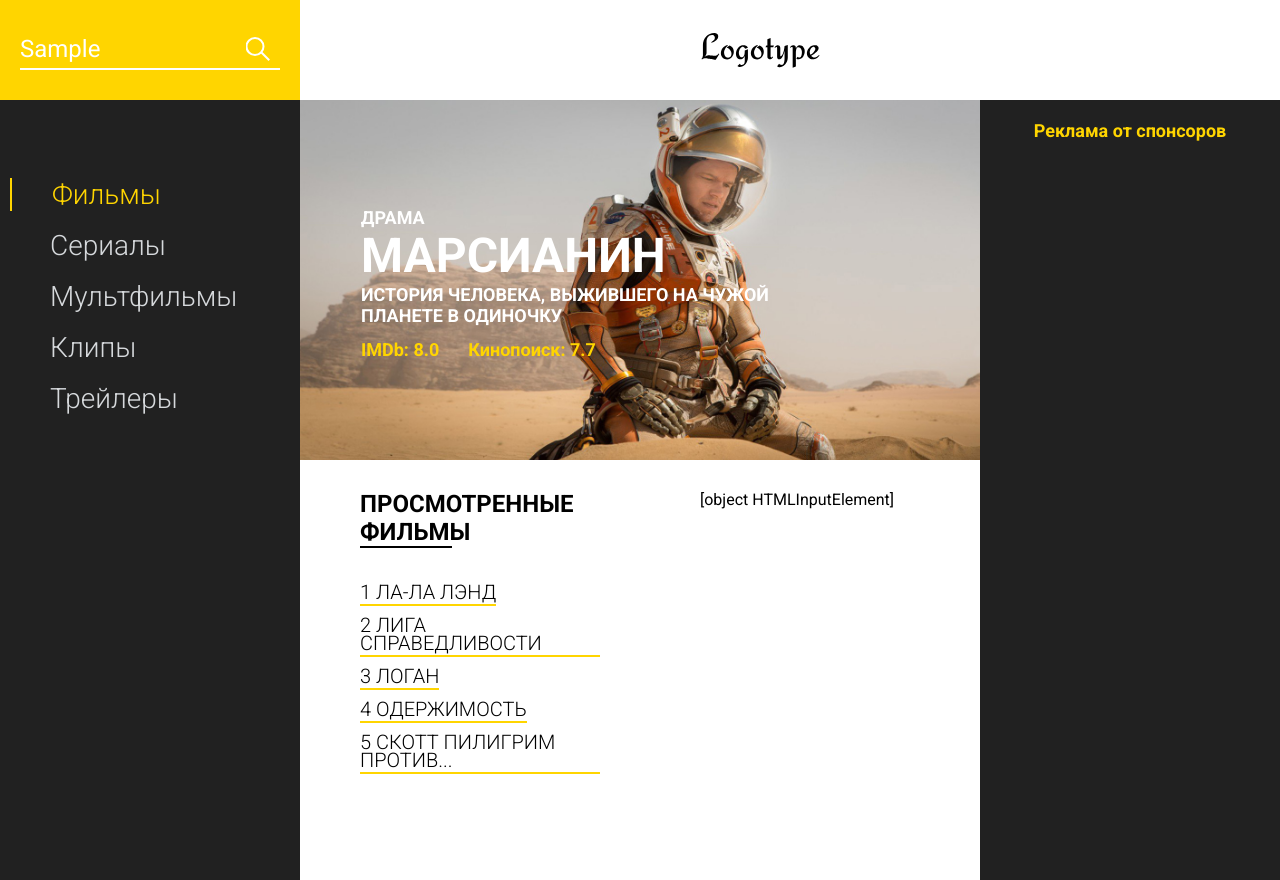
Repository: armus503/practice.-using-events-on-the-project-page
Page: index.html
These files come from the project's save history. The page is drawn as it stood at one moment and after the next save; the edit follows.
The browser window is 1280 px wide. The pictures show the whole page.
Empty fields were first filled with sample values (such as "Sample", 5 or name@example.com).
After loading, the first visible `button` was clicked once.

Above is the page before, as saved 2021-09-05 12:30:30.

### index.html
<!DOCTYPE html>
<html lang="en">

<head>
    <meta charset="UTF-8">
    <meta name="viewport" content="width=device-width, initial-scale=1.0">
    <title>Movie DB</title>
    <link href="https://fonts.googleapis.com/css?family=Roboto:300,400,700&display=swap&subset=cyrillic-ext" rel="stylesheet">
    <link rel="stylesheet" href="css/style.min.css">
</head>

<body>
    <header class="header">
        <div class="header__search">
            <form action="#">
                <input type="text" placeholder="Поиск">
            </form>
        </div>
        <div class="header__logo">
            <img src="icons/Logotype.svg" alt="logo">
        </div>
    </header>
    <main class="promo">
        <div class="promo__menu">
            <nav class="promo__menu-list">
                <ul>
                    <li><a class="promo__menu-item promo__menu-item_active" href="#">Фильмы</a></li>
                    <li><a class="promo__menu-item" href="#">Сериалы</a></li>
                    <li><a class="promo__menu-item" href="#">Мультфильмы</a></li>
                    <li><a class="promo__menu-item" href="#">Клипы</a></li>
                    <li><a class="promo__menu-item" href="#">Трейлеры</a></li>
                </ul>
            </nav>
        </div>
        <div class="promo__content">
            <div class="promo__bg">
                <div class="promo__genre">КОМЕДИЯ</div>
                <div class="promo__title">МАРСИАНИН</div>
                <div class="promo__descr">ИСТОРИЯ ЧЕЛОВЕКА, ВЫЖИВШЕГО НА ЧУЖОЙ ПЛАНЕТЕ В ОДИНОЧКУ</div>
                <div class="promo__ratings">
                    <span>IMDb: 8.0</span>
                    <span>Кинопоиск: 7.7</span>
                </div>
            </div>
            <div class="promo__interactive">
                <div>
                    <div class="promo__interactive-title">ПРОСМОТРЕННЫЕ ФИЛЬМЫ</div>
                    <ul class="promo__interactive-list">
                        <li class="promo__interactive-item">ЛОГАН
                            <div class="delete"></div>
                        </li>
                        <li class="promo__interactive-item">ЛИГА СПРАВЕДЛИВОСТИ
                            <div class="delete"></div>
                        </li>
                        <li class="promo__interactive-item">ЛА-ЛА ЛЭНД
                            <div class="delete"></div>
                        </li>
                        <li class="promo__interactive-item">ОДЕРЖИМОСТЬ
                            <div class="delete"></div>
                        </li>
                        <li class="promo__interactive-item">СКОТТ ПИЛИГРИМ ПРОТИВ...
                            <div class="delete"></div>
                        </li>
                    </ul>
                </div>
                <div>
                    <form class="add">
                        <div class="promo__interactive-title">ДОБАВИТЬ НОВЫЙ ФИЛЬМ</div>
                        <span>Введите название фильма</span>
                        <input class="adding__input" type="text" placeholder="Что уже посмотрено...?">
                        <span>Сделать его любимым?</span>
                        <input type="checkbox">
                        <span class="yes">Да!</span>
                        <button>Подтвердить</button>
                    </form>
                </div>
            </div>
        </div>
        <div class="promo__adv">
            <div class="promo__adv-title">Реклама от спонсоров</div>
            <img src="img/content_1.jpg" alt="some picture">
            <img src="img/content_2.jpg" alt="some picture">
            <img src="img/content_3.png" alt="some picture">
        </div>
    </main>

    <script src="js/script.js"></script>
</body>

</html>

### js/script.js
/* Задания на урок:

1) Реализовать функционал: после заполнения формы и нажатия кнопки "Подтвердить" -
новый фильм добавляется в список. Страница не должна перезагружаться.
Новый фильм должен добавляться в movieDB.movies.
Для получения доступа к значению input - обращаемся к нему как input.value;
P.S. Здесь есть несколько вариантов решения задачи, принимается любой, но рабочий.

2) Если название фильма больше, чем 21 символ - обрезать его и добавить три точки

3) При клике на мусорную корзину - элемент будет удаляться из списка (сложно)

4) Если в форме стоит галочка "Сделать любимым" - в консоль вывести сообщение:
"Добавляем любимый фильм"

5) Фильмы должны быть отсортированы по алфавиту */

'use strict';

const movieDB = {
    movies: [
        "Логан",
        "Лига справедливости",
        "Ла-ла лэнд",
        "Одержимость",
        "Скотт Пилигрим против..."
    ]
};

const avdImg = document.querySelectorAll('.promo__adv img'), //вызов списка с рекламой
    promoBg = document.querySelector('.promo__bg'), //получаем элемент для блока с фоном
    promoGenre = promoBg.querySelector('.promo__genre'), //извлекаем элемент из блока с фоном
    promoInteractiveList = document.querySelector('.promo__interactive-list'), //извлекаем элемент(родителя у списка)
    formForUser = document.querySelector('.add'), //получаем элемент отправки формы
    buttonFormUser = formForUser.querySelector('button'), //получаем кнопку отправки формы
    inputFilmName = formForUser.querySelector('.adding__input'); //получаем на ввод название фильма


avdImg.forEach(item => { //перебор элементов списка и удаление по одному
    item.remove(); //вместо стрелочной Ф можно использовать безимянную
});
promoGenre.textContent = 'ДРАМА'; //заменяем текст в документе
promoBg.style.backgroundImage = 'url("/img/bg.jpg")'; //заменяем фоновую картинку
promoInteractiveList.innerHTML = ""; //в элемент записываем пустой массив(удаляем предыдущий список)
movieDB.movies.sort(); //сортируем список по алфавиту

movieDB.movies.forEach((film, i) => { //список берем из базы данных movieDB и при помощи св-ва innerHtml добавляем динамически элементы друг за другом
    promoInteractiveList.innerHTML += `
    <li class="promo__interactive-item">${i + 1} ${film}
        <div class="delete"></div>
    </li>
    `; //элементы формируется динамически i- номер элемента по порядку, film - фильм из списка
}); // перечисление элементов идет при помощи св-ва forEach

buttonFormUser.addEventListener('click', () => {
    console.log(formForUser.textContent = inputFilmName);
});

Loaded but not shown: css/style.min.css (library)

After the next save:
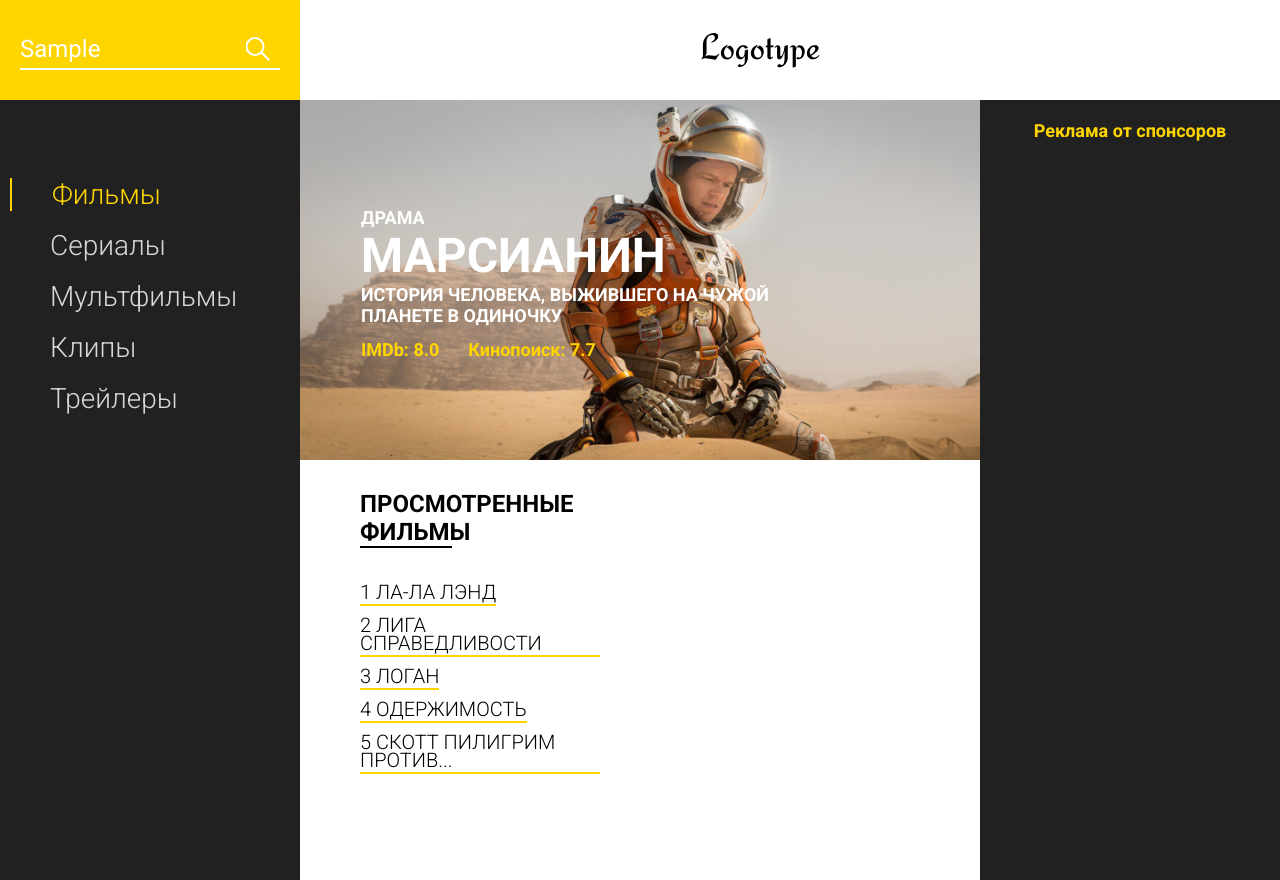
Saved 55 s later.
--- a/js/script.js
+++ b/js/script.js
@@ -53,5 +53,5 @@
 }); // перечисление элементов идет при помощи св-ва forEach
 
 buttonFormUser.addEventListener('click', () => {
-    console.log(formForUser.textContent = inputFilmName);
+    console.log(formForUser.textContent = inputFilmName.textContent);
 });
